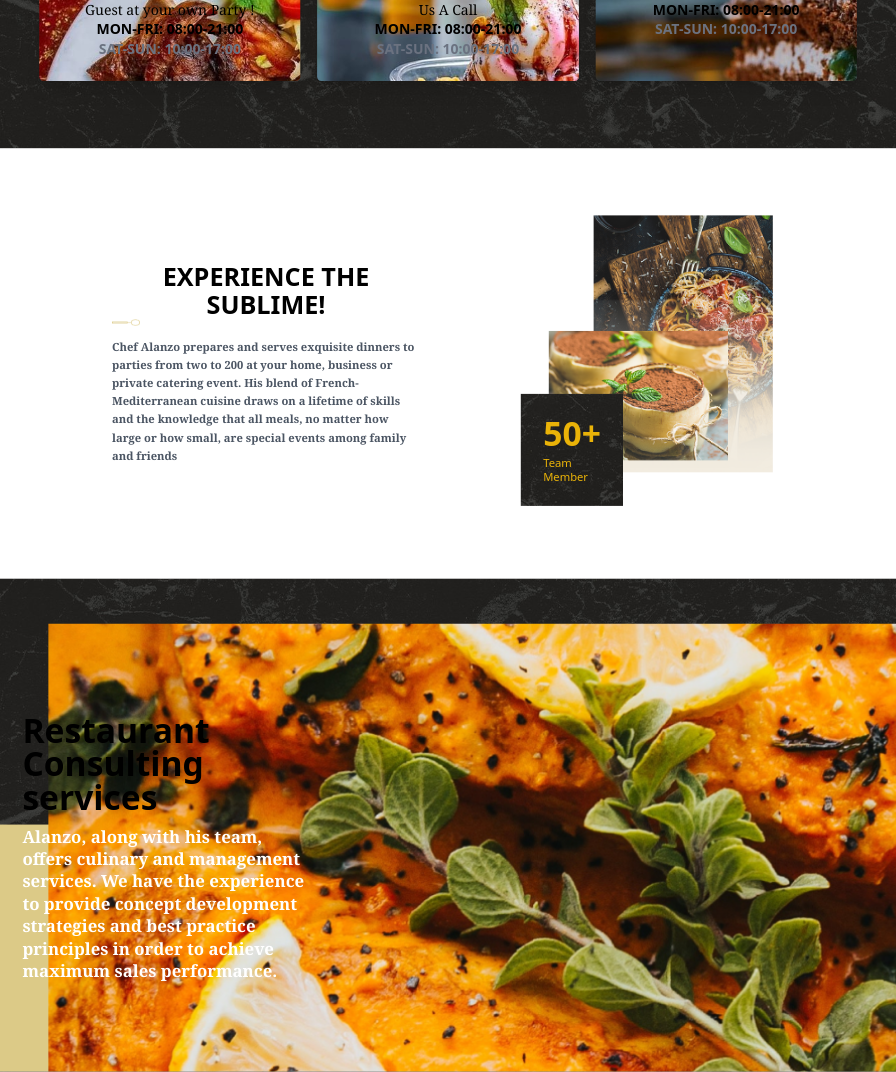
Repository: remydev47/alanzo
Page: /
The author's editor kept a copy of each file at every save. The page is drawn from the files as they stood at one save, then again after the next save.
The browser window is 1280 px wide. The pictures show the part of the page from y = 1104 to 3024 px (the page is 2635 px tall before and 3024 px after), at 70% of full size.
The project was rebuilt for these pictures with package versions that can differ from the ones it lists, and the page was loaded fresh each time. The framework's server and built-in components were replaced by stand-ins that run in the browser. Also part of the build but not shown: next.config.js, components/Catering.tsx, components/Menu.tsx, components/Testimonials.tsx, components/CTA.tsx, components/Footer.tsx.

Above is the page before, as saved 2022-12-17 12:51:30.

### pages/_app.tsx
import '../styles/globals.css'
import type { AppProps } from 'next/app'
import Navbar from '../components/Navbar'

function MyApp({ Component, pageProps }: AppProps) {
  return (
    <>

      <Component {...pageProps} />
    </>
  )
}

export default MyApp

### pages/index.tsx
import type { NextPage } from 'next'
import Head from 'next/head'
import Image from 'next/image'
import { Aboutus, Consulting, Hero, Services } from '../components'
import Navbar from '../components/Navbar'


const Home: NextPage = () => {
  return (
    <div className="bg-[url('/images/bg_2.jpg')]">
      <Head>
        <title>Avantos</title>
        <link rel="icon" href="/favicon.ico" />
      </Head>
      <Navbar />
      <Hero />
      <Services />
      <Aboutus />
      <Consulting />

    </div>
  )
}

export default Home

### components/index.ts
import Hero from "./Hero";
import Services from "./Services";
import Aboutus from "./Aboutus";
import Consulting from "./Consulting";
import Catering from "./Catering";
import Menu from "./Menu";
import Testimonials from "./Testimonials";
import CTA from "./CTA";
import Footer from "./Footer";

export {
    Hero, Services, CTA, Catering, Consulting, Footer, Menu, Aboutus, Testimonials
}

### components/Navbar.tsx
import React from 'react';
import { navLinks } from '../constants';
import Menupopover from './Menupopover';
import Image from 'next/image';
import Logo from './Logo';
import { Button } from './Button';

const Navbar = () => {
  return (
    <header className="fixed inset-x-0 bg-[url('/images/bg_2.jpg')] z-20 flex justify-between items-center py-2 px-2 shadow-lg dark:bg-slate-900 sm:py-3 sm:px-8">
            <div className='flex grow-0 basis-1/3 md:hidden'>
                <Menupopover />
            </div>

             <div className='flex grow-0 ml-2 justify-center md:justify-start'>
                <Logo />

            </div>


            <ul className="list-none sm:flex hidden justify-end items-center flex-1">
            {navLinks.map((nav, index) => (
                <li
                key={nav.id}
                className={`font-bold cursor-pointer text-[16px]
                   ${index === navLinks.length - 1 ? 'mr-0' : 'mr-10'}
                  text-white `}
                >
                    <a>{nav.title}</a>
                </li>
            ))}
           </ul>


        </header>
  )
}

export default Navbar

### components/Hero.tsx
import React from 'react'

const Hero = () => {
  return (
    <section className='relative pt-48 pb-12 xl:pt-60 sm:pb-16 lg:pb-32 xl:pb-48 2xl:pb-56'>
    <div className="absolute inset-0">
     <img className="object-cover w-full h-full" src="/images/hero.jpg" alt="" />
    </div>
   <div className='relative'>
    <div className="px-6 mx-auto sm:px-8 lg:px-12 max-w-7xl">
      <div className="w-full lg:w-2/3 xl:w-1/2">
        <h1 className="font-serif text-xl font-bold tracking-tight text-white text-opacity-70 text-center">Proffesional Catering Services</h1>
        <p className="mt-6 tracking-tighter text-[#656b72]">
          <span className="font-sans font-bold text-6xl">WELCOME TO OUR </span><br />
          <span className="font-serif italic font-BOLD text-7xl">WORLD CLASS CHEF</span>
        </p>
        <p className="mt-8 font-erif text-xl font-serif text-[#fff]">
          Hiring A Proffesional Chef for Family Dinners & Gatherings, Date Nights & Branchs, Parties & Get-togethers, and even Meal for entire Families !
        </p>
      </div>
    </div>
   </div>
  </section>
  )
}

export default Hero

### components/Services.tsx
import React from 'react'
import styles from '../styles'

const Services = () => {
  return (
    <section className={`${styles.paddings} bg-[url('/images/bg_2.jpg')] sm:py-16 lg:py-24`}>
      <div className="px-4 mx-auto max-w-7xl sm:px-6 lg:px-8">
       <div className="max-w-2xl mx-auto text-center">
        <h2 className="text-xl font-bold font-serif leading-tight text-white lg:text-3xl">What We Offer</h2>
       </div>

       <div className="grid max-w-md grid-cols-1 gap-6 mx-auto mt-8 text-center lg:max-w-full lg:mt-16 lg:grid-cols-3">

        <div className="overflow-hidden bg-[url('/images/bg-3.jpg')] shadow-xl border-gray-300 rounded-md">
          <div className="p-8 xl:px-12 flex flex-col items-center justify-center">
             <div className='flex flex-col'>
               <h1 className='text-3xl font-semibold text-[#fff]'>Catering Services</h1>
             </div>
             <h2 className='font-normal text-xl font-serif text-black text-center mt-2'>
               Wouldn't you Like to be a Guest at your own Party !
             </h2>
             <p className='text-xl text-black text-center font-bold'>
               MON-FRI: 08:00-21:00
             </p>
             <p className='text-xl text-gray-500 text-center font-bold'>
               SAT-SUN: 10:00-17:00
             </p>
          </div>
        </div>

        <div className="overflow-hidden bg-[url('/images/bg-4.jpg')] shadow-xl border-gray-300 rounded-md">
          <div className="p-8 xl:px-12 flex flex-col items-center justify-center">
             <div className='flex flex-col'>
               <h1 className='text-3xl font-semibold text-[#fff]'>Table Ready Meals</h1>
             </div>
             <h2 className='font-normal text-xl font-serif text-black text-center mt-2'>
               Are You Busy To Cook ? Give Us A Call
             </h2>
             <p className='text-xl text-black text-center font-bold'>
               MON-FRI: 08:00-21:00
             </p>
             <p className='text-xl text-gray-500 text-center font-bold'>
               SAT-SUN: 10:00-17:00
             </p>
          </div>
        </div>

        <div className="overflow-hidden bg-[url('/images/bg-5.jpg')] shadow-xl border-gray-300 rounded-md">
          <div className="p-8 xl:px-12 flex flex-col items-center justify-center">
             <div className='flex flex-col'>
               <h1 className='text-3xl font-semibold text-[#fff]'>Services Menu</h1>
             </div>
             <h2 className='font-normal text-xl font-serif text-black text-center mt-2'>
               Look at Our Serviced Menu !
             </h2>
             <p className='text-xl text-black text-center font-bold'>
               MON-FRI: 08:00-21:00
             </p>
             <p className='text-xl text-gray-500 text-center font-bold'>
               SAT-SUN: 10:00-17:00
             </p>
          </div>
        </div>



       </div>
      </div>
    </section>
  )
}

export default Services

### components/Aboutus.tsx
import React from 'react'

const Aboutus = () => {
  return (
    <section className="py-6 bg-[#fff] sm:py-16 lg:py-24">
      <div className="max-w-5xl px-4 mx-auto sm:px-6 lg:px-8">
       <div className="grid items-center grid-cols-1 gap-y-6 md:grid-cols-2 md:gap-x-20">
          <div className="">
                <h1 className='text-4xl font-semibold text-black text-center'>EXPERIENCE THE SUBLIME!</h1>
                <h2 className="text-4xl font-bold leading-tight text-black sm:text-4xl lg:text-4xl">
                  <img src='/images/spoon.png' />
                </h2>
                <p className="mt-4 text-base font-serif leading-relaxed text-gray-600 font-semibold">
                 Chef Alanzo prepares and serves exquisite dinners to parties from two to 200 at your home, business or private catering event. His blend of French-Mediterranean cuisine draws on a lifetime of skills and the knowledge that all meals, no matter how large or how small, are special events among family and friends
                </p>
          </div>
          <div className=" pl-20 pr-6 sm:pl-6 md:px-0">
                <div className="relative w-full max-w-xs mt-4 mb-10 ml-auto">
                 <img className="relative -top-4 -left-4" src="/images/bg-8.png" alt="" />



                    <div className="absolute -bottom-10 -left-16 m-2">


                          <div className="px-8 py-8 bg-[url('/images/bg_2.jpg')]">
                               <span className="block text-4xl font-bold text-yellow-500 lg:text-5xl"> 50+ </span>
                                <span className="block mt-2 text-base leading-tight text-yellow-500"> Team<br />Member</span>
                            </div>
                    </div>
                </div>
            </div>
       </div>
      </div>
    </section>
  )
}

export default Aboutus

### components/Consulting.tsx
import React from 'react'

const Consulting = () => {
  return (
    <section className="mt-16 relative py-10 overflow-hidden sm:py-16 lg:py-24 xl:py-32">
    <div className="absolute inset-0">
      <img className="object-cover w-full h-full md:object-left md:scale-150 md:origin-top-left" src="/images/welcome.png" alt="" />
   </div>
  <div className="relative px-4 mx-auto sm:px-6 lg:px-8 max-w-7xl">
     <div className="text-center md:w-2/3 lg:w-1/2 xl:w-1/3 md:text-left">
         <h2 className="text-3xl font-bold leading-tight text-black sm:text-4xl lg:text-5xl">Restaurant Consulting services</h2>
         <p className="mt-4 text-2xl text-[#fff] font-serif font-semibold">
          Alanzo, along with his team, offers culinary and management services. We have the experience to provide concept development strategies and best practice principles in order to achieve maximum sales performance.
         </p>
      </div>

  </div>
  </section>
  )
}

export default Consulting

### constants/index.ts
export const navLinks =[
    {
        id:"menu",
        title:"MENU",
    },
    {
        id:"services",
        title:"SERVICES",
    },
    {
        id:"privatechef",
        title:"PRIVATE CHEF",
    },
    {
        id:"catering",
        title:"CATERING",
    },
    {
        id:"aboutus",
        title:"ABOUT",
    },
    {
        id:"contacts",
        title:"CONTACTS",
    },
]

export const conLinks =[
    {
        id:"discover",
        title:'DISCOVER',
    },
    {
        id:"plan",
        title:'PLAN',
    },
    {
        id:"design",
        title:'DESIGN',
    },
    {
        id:"organise",
        title:'ORGANISE',
    },
    {
        id:"grow",
        title:'GROW',
    },
]

### components/Menupopover.tsx
import React, {useState, Fragment} from 'react';
import { navLinks } from '../constants';
import { IconButton, Button } from './Button';
import { Transition, Dialog } from '@headlessui/react';
import Logo from './Logo';
import Image from 'next/image';

const Menupopover = () => {
  const [isOpen, setIsOpen] = useState(false)

  return (
    <div>
    <IconButton
      variant='ghost'
      aria-label='menu'
      onClick={() => setIsOpen(!isOpen)}
    >
      <svg className='w-6 h-6 ' fill='none' stroke='currentColor'>
        <path
          strokeLinecap='round'
          strokeLinejoin='round'
          strokeWidth={2}
          d='M4 6h16M4 12h16M4 18h16'
        />
      </svg>
    </IconButton>
    <Transition
      show={isOpen}
      appear
      as={Fragment}
      enter='transform transition ease-in-out duration-300'
      enterFrom='-translate-x-full'
      enterTo='translate-x-0'
      leave='transform transition ease-in-out duration-300 delay-200'
      leaveFrom='translate-x-0'
      leaveTo='-translate-x-full'
     >
     <Dialog
       as='div'
       className={`fixed inset-0 z-50`}
       onClose={setIsOpen}
       open={isOpen}
       >
       <Transition.Child
         as={Fragment}
         enter='ease-out duration-300 delay-300'
         enterFrom='opacity-0'
         enterTo='opacity-100'
         leave='ease-in duration-200'
         leaveFrom='opacity-100'
         leaveTo='opacity-0'
       >

        <Dialog.Overlay
          className={`fixed inset-0 bg-black/20 backdrop-blur-sm dark:bg-gray-900/80`}
         />
      </Transition.Child>
       <div className={styles.dialogcontainer}>
        <a className='mx-auto mt-4 flex w-[140px] '>
          <Logo />
        </a>
        <ul
            className={styles.navWrapper2}
         >
            {navLinks.map((nav, index) => (
                <li
                 key={nav.id}
                 className={` font-bold cursor-pointer text-[16px]
                  mt-2 border-t border-slate-200 py-4 dark:border-slate-600
                  ${index === navLinks.length - 1 ? 'mr-0' : 'mb-4'}
                  text-white `}
                >
                 <a href={`#${nav.id}`}>
                    {nav.title}
                 </a>
                </li>
             ))}
         </ul>

        <IconButton
          variant='ghost'
          aria-label='close menu'
          className='absolute top-5 right-5'
          onClick={() => setIsOpen(false)}
        >
          <svg
            viewBox='0 0 10 10'
            className='h-2.5 w-2.5 overflow-visible'
            aria-hidden='true'
          >
            <path
                d='M0 0L10 10M10 0L0 10'
                fill='none'
                stroke='currentColor'
                strokeWidth='2'
                strokeLinecap='round'
              />
          </svg>
        </IconButton>
       </div>
     </Dialog>
    </Transition>
  </div>
  )
}

export default Menupopover;

const styles ={
  dialogcontainer:`fixed top-0 bottom-0 left-0 w-full max-w-xs rounded-r-xl bg-[url('/images/bg_2.jpg')]  p-6 shadow-lg dark:bg-gray-800`,
  menuitems:`group relative flex h-9 items-center oveflow-hidden rounded-md hover:bg-slate-200/50`,
  navWrapper2:`list-none flex flex-col justify-end items-center flex-1`,
}

### components/Logo.tsx
import React from 'react'
import Image from 'next/image'

const Logo = () => {
  return (
    <div>
      <Image
        src='/images/logo.png'
        alt='Alanzo'
        height={60}
        width={150}
      />
    </div>
  )
}

export default Logo

### styles/index.ts
const styles = {
    innerWidth: '2xl:max-w-[1280px] w-full',
    interWidth: 'lg:w-[80%] w-[100%]',

    paddings: 'sm:p-16 xs:p-8 px-6 py-12',
    yPaddings: 'sm:py-16 xs:py-8 py-12',
    xPaddings: 'sm:px-16 px-6',
    topPaddings: 'sm:pt-16 xs:pt-8 pt-12',
    bottomPaddings: 'sm:pb-16 xs:pb-8 pb-12',

    flexCenter: 'flex justify-center items-center',
    flexStart: 'flex justify-start items-start',
    flexEnd: 'flex justify-end',
    navPadding: 'pt-[98px]',

    // hero section
    heroHeading:
        'font-bold lg:text-[144px] md:text-[100px] sm:text-[60px] text-[44px] lg:leading-[158.4px] md:leading-[114.4px] sm:leading-[74.4px] leading-[64.4px] uppercase text-white',
    heroDText:
        'md:w-[212px] sm:w-[80px] w-[60px] md:h-[108px] sm:h-[48px] h-[38px] md:border-[18px] border-[9px] rounded-r-[50px] border-white sm:mx-2 mx-[6px]',
  };

  export default styles;

Loaded but not shown: styles/globals.css (common file); tailwind.config.js (22 lines, source omitted); components/Button/index.tsx (181 lines, source omitted)

After the next save:
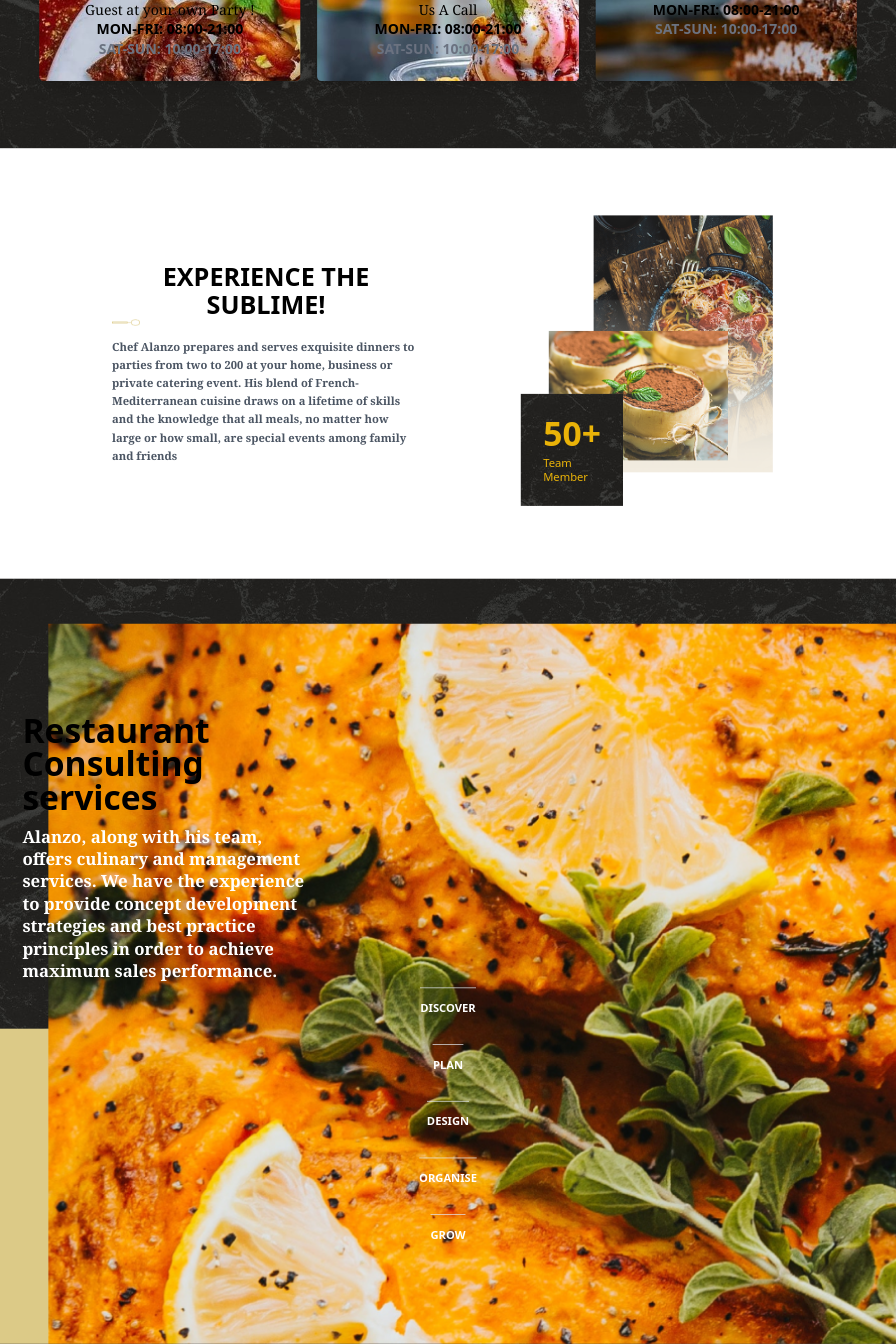
Saved 2 min 28 s later.
--- a/components/Consulting.tsx
+++ b/components/Consulting.tsx
@@ -1,4 +1,5 @@
 import React from 'react'
+import { conLinks } from '../constants'
 
 const Consulting = () => {
   return (
@@ -13,6 +14,23 @@
           Alanzo, along with his team, offers culinary and management services. We have the experience to provide concept development strategies and best practice principles in order to achieve maximum sales performance.
          </p>
       </div>
+      <ul
+            className='list-none flex flex-col justify-end items-center flex-1'
+         >
+            {conLinks.map((nav, index) => (
+                <li
+                 key={nav.id}
+                 className={` font-bold cursor-pointer text-[16px]
+                  mt-2 border-t border-slate-200 py-4 dark:border-slate-600
+                  ${index === conLinks.length - 1 ? 'mr-0' : 'mb-4'}
+                  text-white `}
+                >
+                 <a href={`#${nav.id}`}>
+                    {nav.title}
+                 </a>
+                </li>
+             ))}
+         </ul>
 
   </div>
   </section>

After the save that followed:
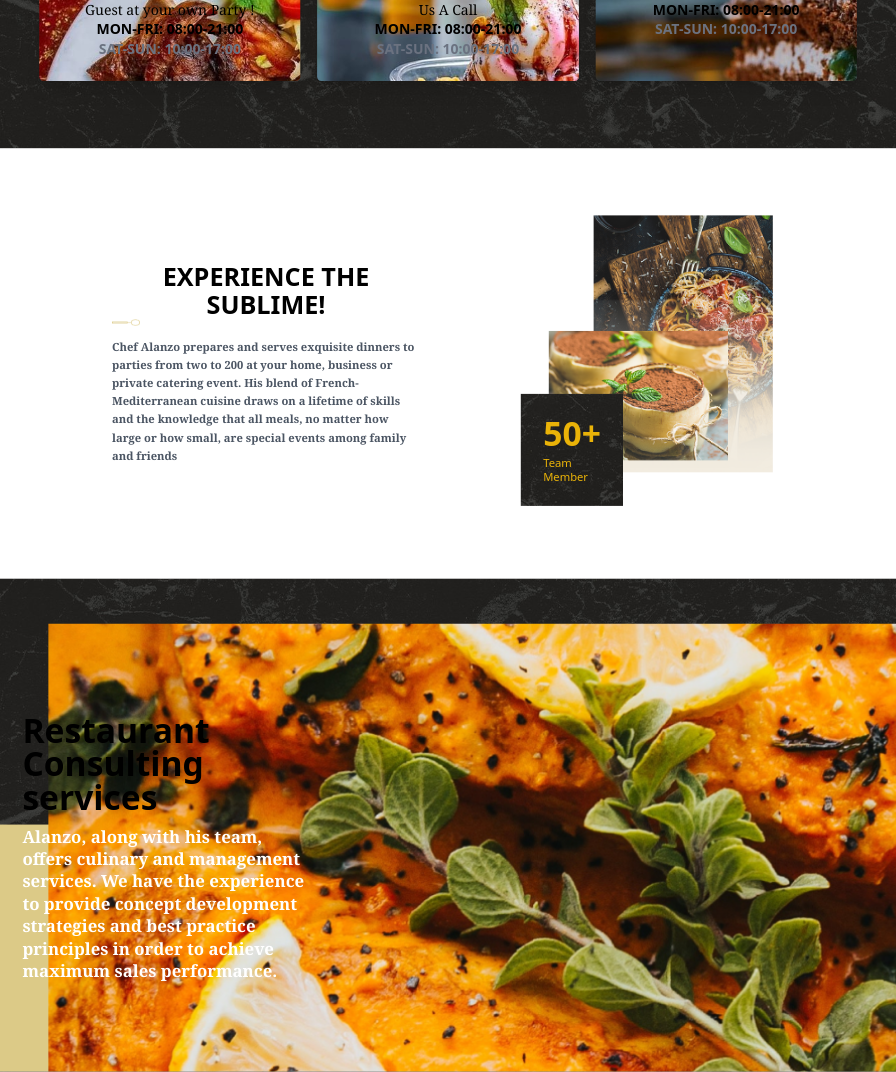
Saved 55 s later.
--- a/components/Consulting.tsx
+++ b/components/Consulting.tsx
@@ -14,23 +14,7 @@
           Alanzo, along with his team, offers culinary and management services. We have the experience to provide concept development strategies and best practice principles in order to achieve maximum sales performance.
          </p>
       </div>
-      <ul
-            className='list-none flex flex-col justify-end items-center flex-1'
-         >
-            {conLinks.map((nav, index) => (
-                <li
-                 key={nav.id}
-                 className={` font-bold cursor-pointer text-[16px]
-                  mt-2 border-t border-slate-200 py-4 dark:border-slate-600
-                  ${index === conLinks.length - 1 ? 'mr-0' : 'mb-4'}
-                  text-white `}
-                >
-                 <a href={`#${nav.id}`}>
-                    {nav.title}
-                 </a>
-                </li>
-             ))}
-         </ul>
+
 
   </div>
   </section>
